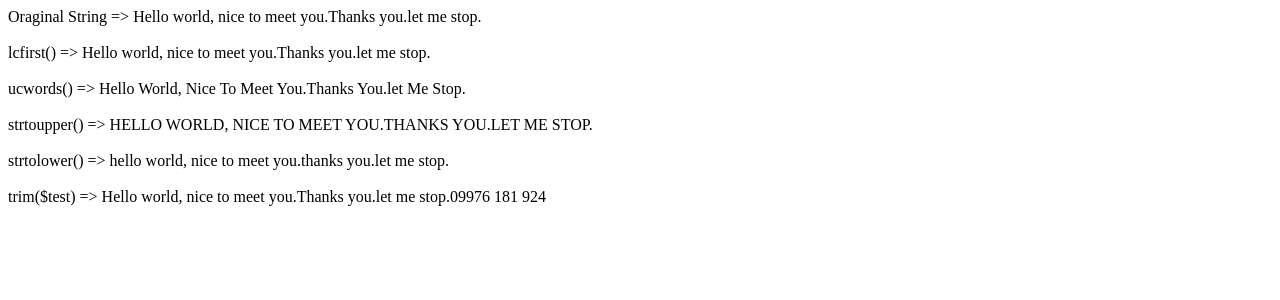
Repository: zinminkhantoo/assignment01
Page: http://localhost/String/printf_fprintf.php
An editor plug-in stored every save of this project. The page is shown before and after the next save, followed by the edit.
The browser window is 1280 px wide. The pictures show the whole page.
The page is run by PHP 8.4 with error messages shown; the project is at /var/www/html/.

Above is the page before, as saved 2020-04-12 09:58:35.

### Test/String/printf_fprintf.php
<?php
    $test = " Hello world, nice to meet you.Thanks you.let me stop. ";
    echo "Oraginal String => $test</br></br>";
    echo "lcfirst() => ".lcfirst($test)."</br></br>";
    echo "ucwords() => " .ucwords($test)."</br></br>";
    echo "strtoupper() => ".strtoupper($test)."</br></br>";
    echo "strtolower() => ".strtolower($test)."</br></br>";
    echo 'trim($test) => '.trim($test," ");

    $a = " 09976 181 924";
    echo trim($a);
?>

After the next save:
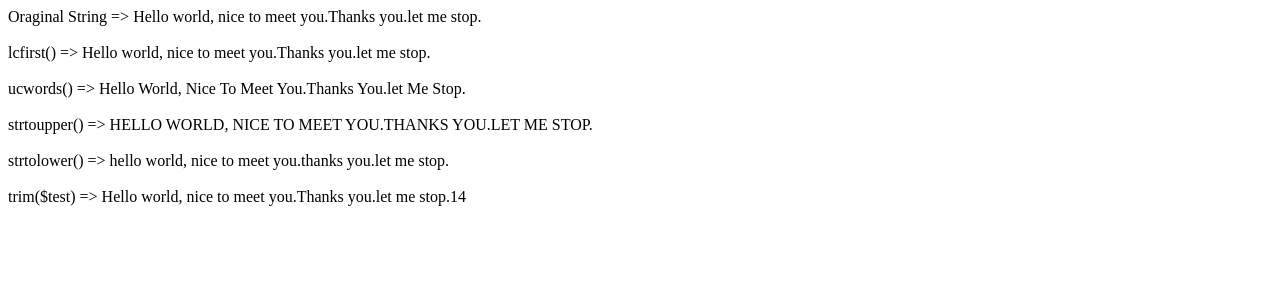
Saved 29 s later.
--- a/Test/String/printf_fprintf.php
+++ b/Test/String/printf_fprintf.php
@@ -8,5 +8,5 @@
     echo 'trim($test) => '.trim($test," ");
 
     $a = " 09976 181 924";
-    echo trim($a);
+    echo strlen($a);
 ?>
